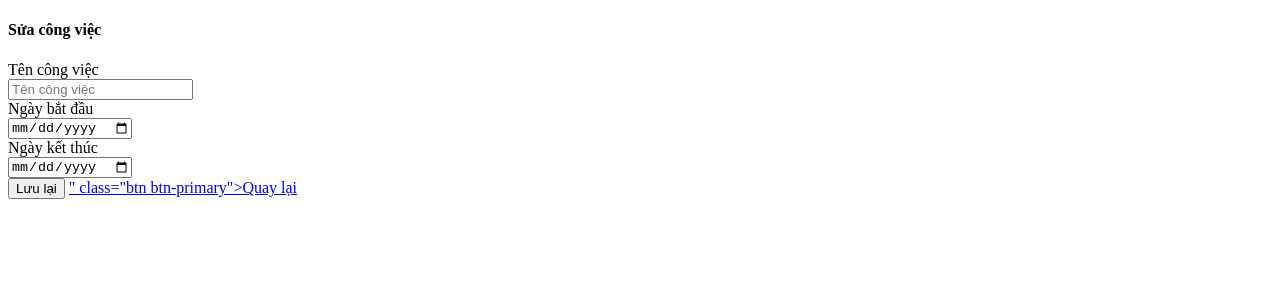
Repository: mindland/CrmApp
Page: http://localhost/CrmApp/WEB-INF/views/job/edit.jsp
The author's editor kept a copy of each file at every save. The page is drawn from the files as they stood at one save, then again after the next save.
The browser window is 1280 px wide. The pictures show the whole page.
The page is served by Tomcat 9. Nobody is signed in. Other server files are loaded and not shown. The template is opened directly, without the code that normally fills it, so the values that code supplies are empty.

Above is the page before, as saved 2020-09-13 14:02:35.

### CrmApp/WebContent/WEB-INF/views/job/edit.jsp
<%@ page language="java" contentType="text/html; charset=UTF-8"
	pageEncoding="UTF-8"%>
<!DOCTYPE html>
<html>
<head>
<meta charset="UTF-8">
<title>Sửa công việc</title>
</head>
<body>
	<div class="row bg-title">
		<div class="col-lg-3 col-md-4 col-sm-4 col-xs-12">
			<h4 class="page-title">Sửa công việc</h4>
		</div>
	</div>
	<!-- /.row -->
	<!-- .row -->
	<div class="row">
		<div class="col-md-2 col-12"></div>
		<div class="col-md-8 col-xs-12">
			<div class="white-box">
				<form class="form-horizontal form-material"
					action="<%=request.getContextPath()%>/job/add" method="POST">
					<div class="form-group">
						<label class="col-md-12">Tên công việc</label>
						<div class="col-md-12">
							<input type="text" placeholder="Tên công việc" name="name"
								class="form-control form-control-line">
						</div>
					</div>
					<div class="form-group">
						<label class="col-md-12">Ngày bắt đầu</label>
						<div class="col-md-12">
							<input type="date" name="start_date"
								class="form-control form-control-line">
						</div>
					</div>
					<div class="form-group">
						<label class="col-md-12">Ngày kết thúc</label>
						<div class="col-md-12">
							<input type="date" name="end_date"
								class="form-control form-control-line">
						</div>
					</div>
					<div class="form-group">
						<div class="col-sm-12">
							<button type="submit" class="btn btn-success">Lưu lại</button>
							<a href="<c:url value="/job" />" class="btn btn-primary">Quay
								lại</a>
						</div>
					</div>
				</form>
			</div>
		</div>
	</div>
	<!-- /.row -->
</body>
</html>

After the next save:
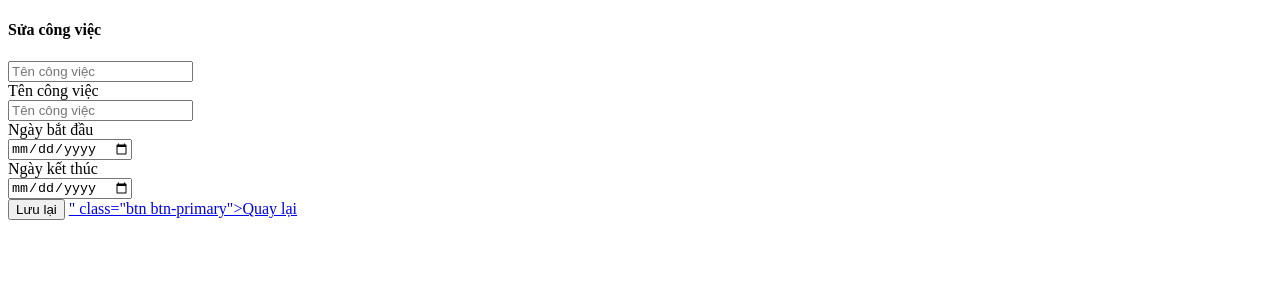
Saved 31 s later.
--- a/CrmApp/WebContent/WEB-INF/views/job/edit.jsp
+++ b/CrmApp/WebContent/WEB-INF/views/job/edit.jsp
@@ -20,6 +20,7 @@
 			<div class="white-box">
 				<form class="form-horizontal form-material"
 					action="<%=request.getContextPath()%>/job/add" method="POST">
+					<input type="text" placeholder="Tên công việc" name="id" >
 					<div class="form-group">
 						<label class="col-md-12">Tên công việc</label>
 						<div class="col-md-12">
